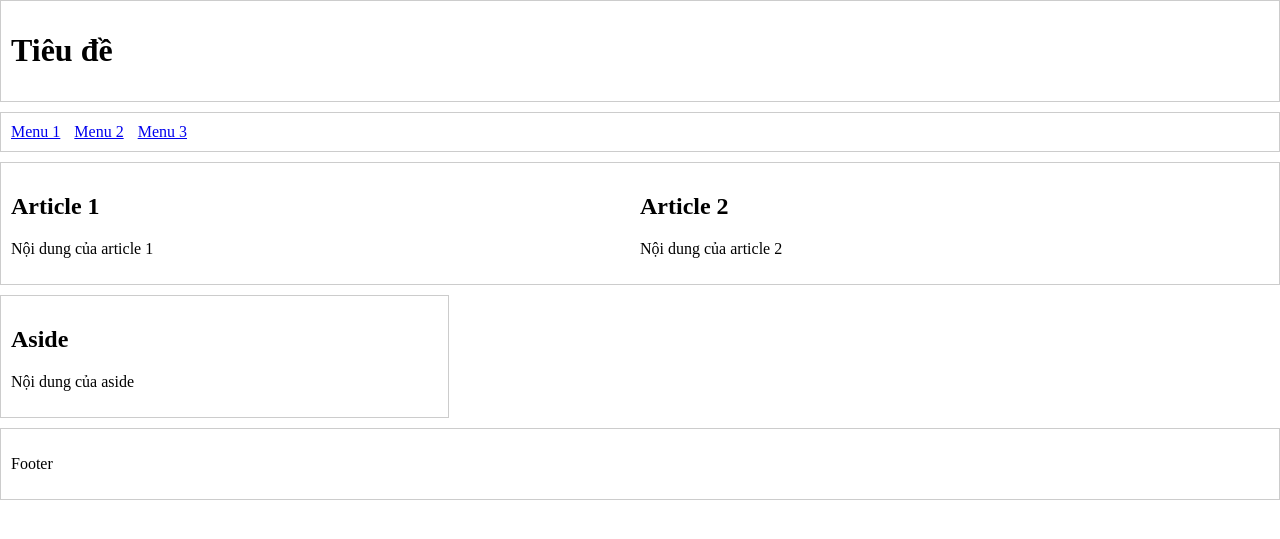
Repository: G1tHub-zer0/BTTH
Page: BTCSS/bai21.html
An editor plug-in stored every save of this project. The page is shown before and after the next save, followed by the edit.
The browser window is 1280 px wide. The pictures show the whole page.

Above is the page before, as saved 2024-03-22 20:29:05.

### BTCSS/bai21.html
<!DOCTYPE html>
<html lang='en'>

<head>
    <meta charset='UTF-8'>
    <meta http-equiv='X-UA-Compatible' content='IE=edge'>
    <meta name='viewport' content='width=device-width, initial-scale=1.0'>
    <link rel='stylesheet' href='bai21.css'>
    <title></title>
</head>

<body>
    <!-- Layout 1, 2, 3 -->
    <!-- <header>
        <h1>Title</h1>
    </header>
    <nav>
        <a href="#">Menu 1</a>
        <a href="#">Menu 2</a>
        <a href="#">Menu 3</a>
    </nav>
    <div class="container">
        <div class="sidebar">
            <h2>Nav</h2>
            <ul>
                <li><a href="#">Link 1</a></li>
                <li><a href="#">Link 2</a></li>
                <li><a href="#">Link 3</a></li>
            </ul>
        </div>
        <div class="content">
            <h2>Content</h2>
            <p>Lorem ipsum dolor sit amet, consectetur adipiscing elit. Sed sit amet lectus et justo eleifend ultricies.
            </p>
        </div>
        <section>
            <p>Section</p>
        </section>
    </div>
    <footer>
        <p>Footer</p>
    </footer> -->

    <!-- Layout 4, 5, 6 -->
    <header>
        <h1>Tiêu đề</h1>
    </header>
    <nav>
        <ul>
            <li><a href="#">Menu 1</a></li>
            <li><a href="#">Menu 2</a></li>
            <li><a href="#">Menu 3</a></li>
        </ul>
    </nav>
    <div class="container">
        <section class="main">
            <article>
                <h2>Article 1</h2>
                <p>Nội dung của article 1</p>
            </article>
            <article>
                <h2>Article 2</h2>
                <p>Nội dung của article 2</p>
            </article>
        </section>
        <aside>
            <h2>Aside</h2>
            <p>Nội dung của aside</p>
        </aside>
    </div>
    <footer>
        <p>Footer</p>
    </footer>

</body>

</html>

### BTCSS/bai21.css
body {
  margin: 0;
  padding: 0;
  box-sizing: border-box;
}
/* Layout 1, 2, 3 */
/* header,
nav,
section,
footer {
  padding: 20px;
  background-color: #333;
  color: #fff;
  text-align: center;
}

nav {
  display: flex;
  justify-content: space-between;
}
ul {
  list-style-type: none;
}

a {
  color: #fff;
  text-decoration: none;
  margin-right: 20px;
  color: blue;
}

nav a:hover {
  color: #ccc;
}
header {
  background-color: antiquewhite;
}
section {
  background-color: chartreuse;
}
footer {
  background-color: blue;
}

.container {
  display: grid;
  grid-template-columns: 1fr 3fr 1fr;
}

.content {
  flex: 2;
  background-color: #f0f0f0;
  padding: 20px;
}

.sidebar {
  flex: 1;
  background-color: #ccc;
  padding: 20px;
} */

/* Layout 4, 5, 6 */
header,
nav,
section,
aside,
footer {
  padding: 10px;
  border: 1px solid #ccc;
  margin-bottom: 10px;
}

nav ul {
  list-style-type: none;
  padding: 0;
  margin: 0;
}

nav ul li {
  display: inline;
  margin-right: 10px;
}

section.main {
  display: flex;
}

section.main article {
  width: 66.66%;
  margin-right: 10px;
}

aside {
  width: 33.33%;
}

After the next save:
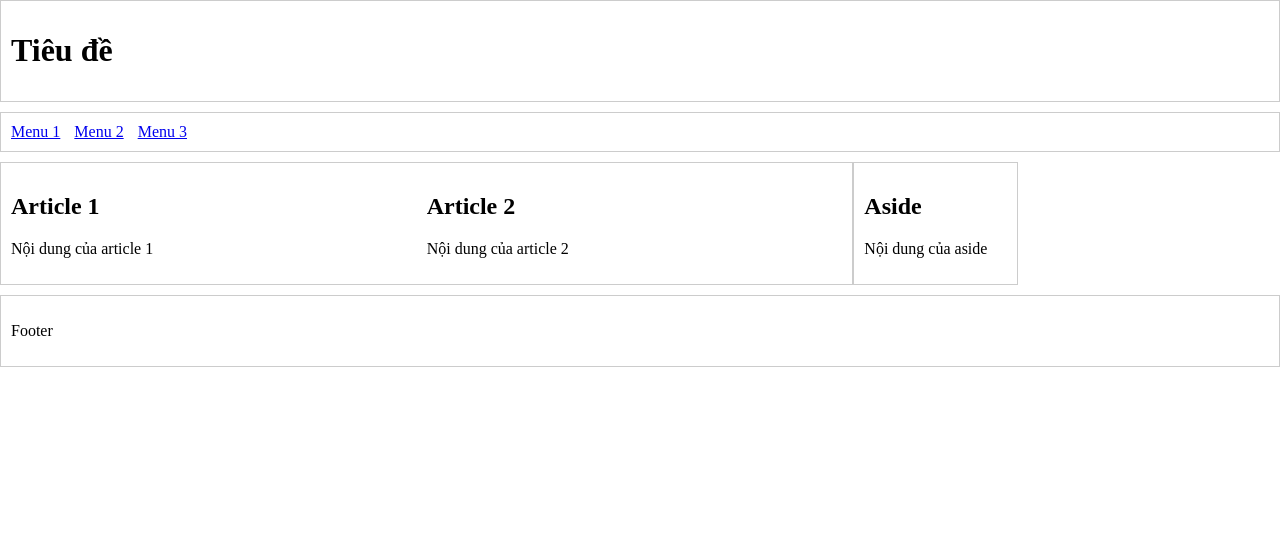
Saved 20 s later.
--- a/BTCSS/bai21.css
+++ b/BTCSS/bai21.css
@@ -93,3 +93,7 @@ section.main article {
 aside {
   width: 33.33%;
 }
+.container {
+  display: grid;
+  grid-template-columns: 2fr 1fr;
+}
